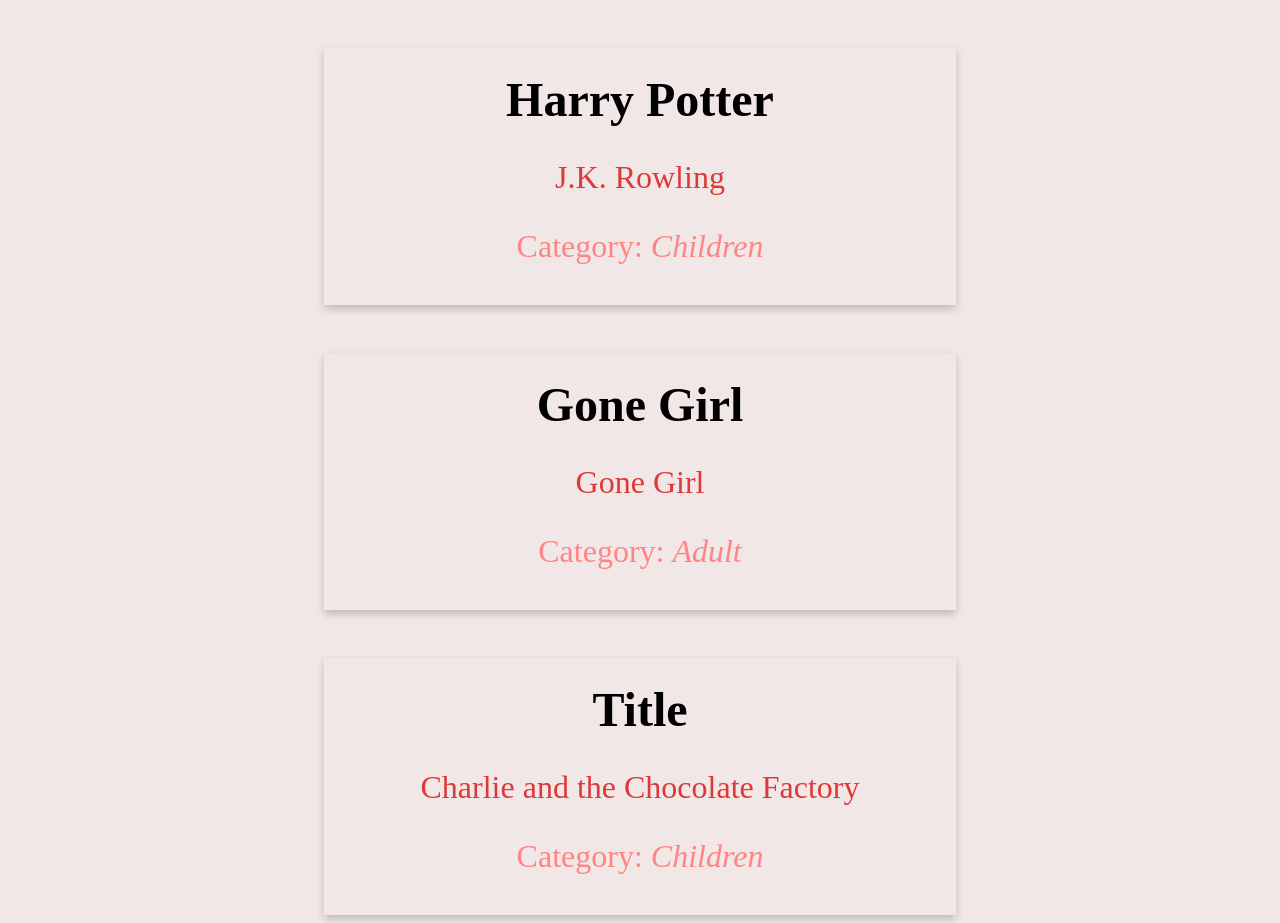
Repository: cyborgEneki/archangel-code-challenge
Page: index.html
An editor plug-in stored every save of this project. The page is shown before and after a run of saves, followed by the edit.
The browser window is 1280 px wide. The pictures show the whole page.
The style sheet was rebuilt from its Sass, Less or Tailwind sources for each picture, by a compiler version that may differ from the author's.

Above is the page before, as saved 2020-11-05 14:23:50.

### index.html
<!DOCTYPE html>
<html lang="en">

<head>
    <link rel="stylesheet" href="assets/css/styles.css">
</head>

<body>
    <div id="main"></div>
    <script src="bower_components/handlebars/handlebars.min.js"></script>
    <script src="bower_components/jquery/dist/jquery.min.js"></script>
    <script type="text/x-handlebars-template" id="template-script">
            <div class="card">
                <div class="card__container">
                    <div class="card__heading"><b>Harry Potter</b></div>
                    <p class="card__title-text">J.K. Rowling</p>
                    <p class="card__category-text">Category: <i>Children</i></p>
                </div>
            </div>
            <div class="card">
                <div class="card__container">
                    <div class="card__heading"><b>Gone Girl</b></div>
                    <p class="card__title-text">Gone Girl</p>
                    <p class="card__category-text">Category: <i>Adult</i></p>
                </div>
            </div>
            <div class="card">
                <div class="card__container">
                    <div class="card__heading"><b>Title</b></div>
                    <p class="card__title-text">Charlie and the Chocolate Factory</p>
                    <p class="card__category-text">Category: <i>Children</i></p>
                </div>
            </div>
    </script>
    <script src="assets/js/books.js"></script>
    <script src="assets/js/index.js"></script>
</body>
</html>


<!-- <p class="card__text">{{compareEquality a b real makeBelieve}}!</p> -->
<!-- books -->
<!-- If category is not children, don't show -->

### assets/js/index.js
$(function () {
    Handlebars.registerHelper("compareEquality", function (a, b, real, makeBelieve) {
        if (a == b) {
            return real;
        } else {
            return makeBelieve;
        };
    });
    let template = $('#template-script').html(),
        compiled = Handlebars.compile(template),
        rendered = compiled({
            a: 1,
            b: 1,
            real: 'an oblate spheroid',
            makeBelieve: 'flat'
        });
    $('#main').html(rendered);
});

### scss/styles.scss
$peach: #f1e7e7;

body {
    background-color: $peach;
}

.card {
    box-shadow: 0 4px 8px 0 rgba(0, 0, 0, 0.2);
    transition: 0.3s;
    width: 50%;
    margin: 0 auto;

    &__container {
        padding: 0.5rem 1rem;
        margin-top: 3rem;
    }

    &__heading {
        font-size: 3rem;
        text-align: center;
        margin: 1rem auto;
    }

    &__title-text {
        text-align: center;
        font-size: 2rem;
        color: #de3838;
    }

    &__category-text {
        text-align: center;
        font-size: 2rem;
        color: #ff8484;
    }
}

Loaded but not shown: bower_components/handlebars/handlebars.min.js (library); bower_components/jquery/dist/jquery.min.js (library); assets/js/books.js (no stored copy; drawn as an empty file)

After the next 3 saves:
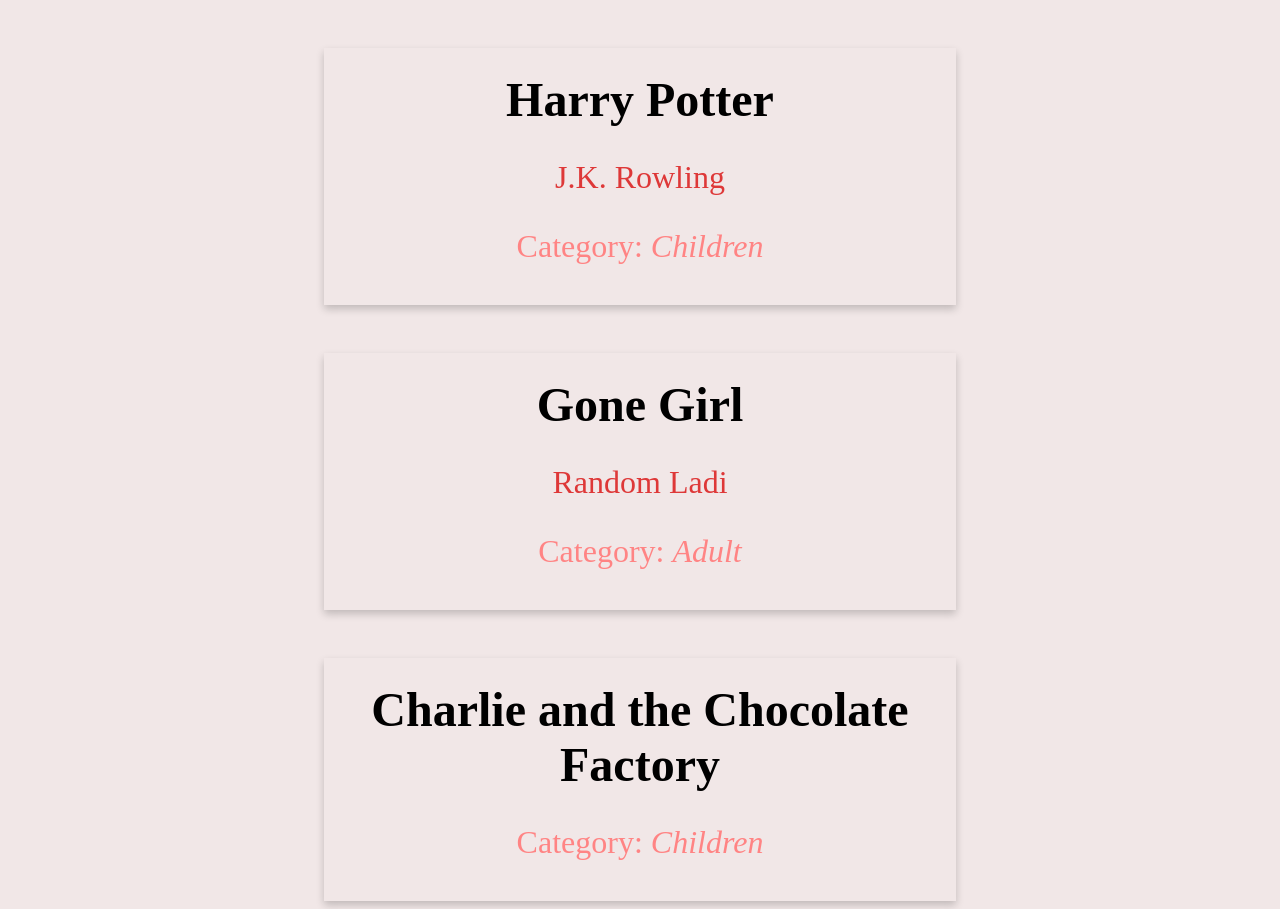
The 3 saves are shown as one change because they came seconds apart.
The last was saved 10 s later.
--- a/index.html
+++ b/index.html
@@ -20,14 +20,14 @@
             <div class="card">
                 <div class="card__container">
                     <div class="card__heading"><b>Gone Girl</b></div>
-                    <p class="card__title-text">Gone Girl</p>
+                    <p class="card__title-text">Random Ladi</p>
                     <p class="card__category-text">Category: <i>Adult</i></p>
                 </div>
             </div>
             <div class="card">
                 <div class="card__container">
-                    <div class="card__heading"><b>Title</b></div>
-                    <p class="card__title-text">Charlie and the Chocolate Factory</p>
+                    <div class="card__heading"><b>Charlie and the Chocolate Factory</b></div>
+                    <p class="card__title-text"></p>
                     <p class="card__category-text">Category: <i>Children</i></p>
                 </div>
             </div>
